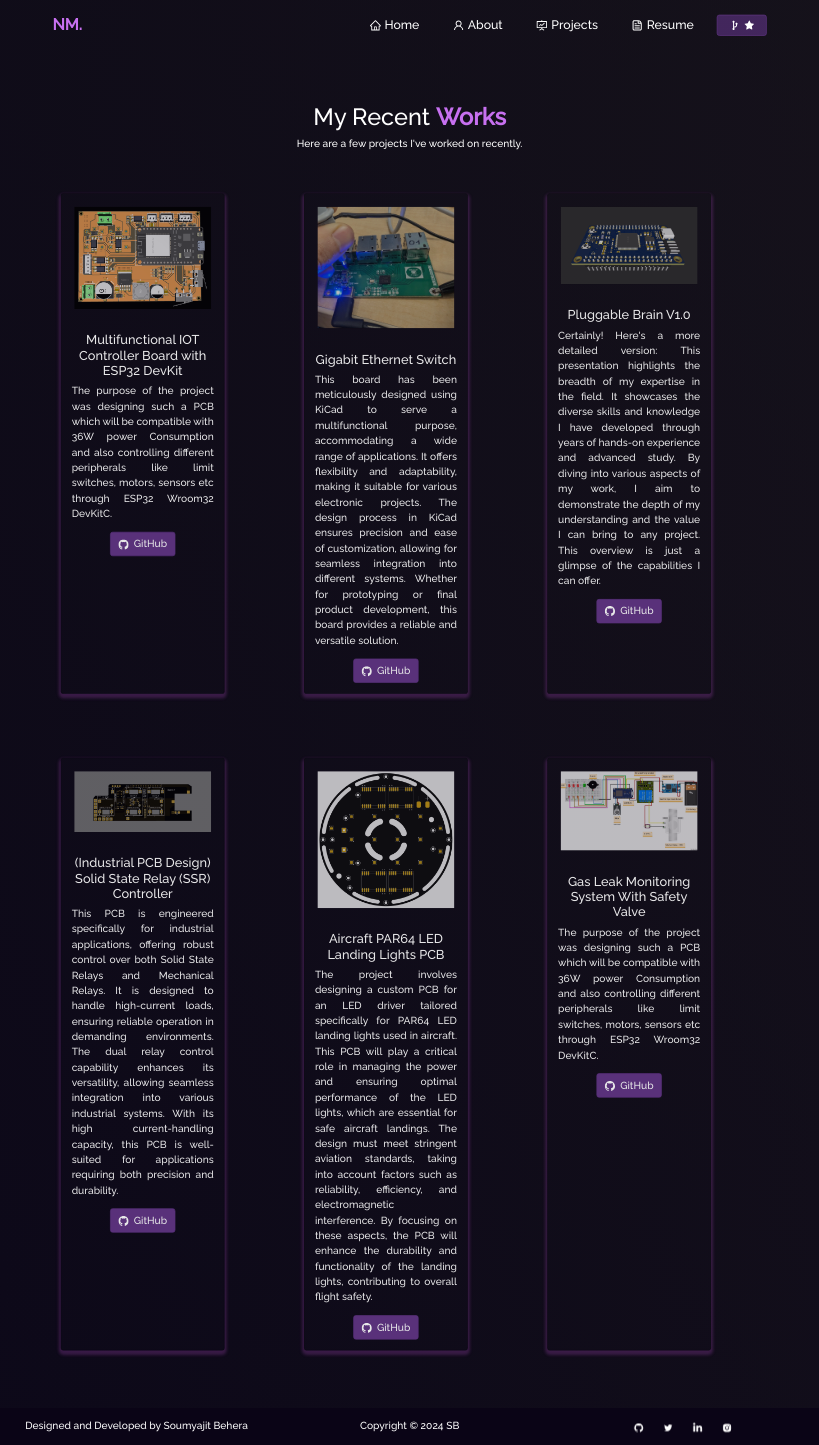
Repository: nenadMarkorvic/personal-website
Page: /project
The author's editor kept a copy of each file at every save. The page is drawn from the files as they stood at one save, then again after the next save.
The browser window is 1280 px wide. The pictures show the whole page, at 64% of full size.
The project was rebuilt for these pictures with package versions that can differ from the ones it lists, and the page was loaded fresh each time. Also part of the build but not shown: src/components/Home/Home2.js, src/components/Home/Type.js, src/components/Home/Home.js, src/components/About/Github.js, src/components/About/AboutCard.js, src/components/About/Toolstack.js, src/components/About/About.js, src/components/Resume/ResumeNew.js. Imported but missing from the stored project, and not drawn on this page: src/Assets/Nenad Markovic_pcb.pdf.

Above is the page before, as saved 2024-08-29 11:55:06.

### src/components/Navbar.js
import React, { useState } from "react";
import Navbar from "react-bootstrap/Navbar";
import Nav from "react-bootstrap/Nav";
import Container from "react-bootstrap/Container";
import Button from "react-bootstrap/Button";
import { Link } from "react-router-dom";
import { CgGitFork } from "react-icons/cg";
import {
  AiFillStar,
  AiOutlineHome,
  AiOutlineFundProjectionScreen,
  AiOutlineUser,
} from "react-icons/ai";

import { CgFileDocument } from "react-icons/cg";

function NavBar() {
  const [expand, updateExpanded] = useState(false);
  const [navColour, updateNavbar] = useState(false);

  function scrollHandler() {
    if (window.scrollY >= 20) {
      updateNavbar(true);
    } else {
      updateNavbar(false);
    }
  }

  window.addEventListener("scroll", scrollHandler);

  return (
    <Navbar
      expanded={expand}
      fixed="top"
      expand="md"
      className={navColour ? "sticky" : "navbar"}
    >
      <Container>
        <Navbar.Brand href="/" className="d-flex">
          <p style={{ paddingTop: "10px", fontWeight: "bold", fontSize: "25px", color: "#c770f0" }}>NM.</p>
        </Navbar.Brand>
        <Navbar.Toggle
          aria-controls="responsive-navbar-nav"
          onClick={() => {
            updateExpanded(expand ? false : "expanded");
          }}
        >
          <span></span>
          <span></span>
          <span></span>
        </Navbar.Toggle>
        <Navbar.Collapse id="responsive-navbar-nav">
          <Nav className="ms-auto" defaultActiveKey="#home">
            <Nav.Item>
              <Nav.Link as={Link} to="/" onClick={() => updateExpanded(false)}>
                <AiOutlineHome style={{ marginBottom: "2px" }} /> Home
              </Nav.Link>
            </Nav.Item>

            <Nav.Item>
              <Nav.Link
                as={Link}
                to="/about"
                onClick={() => updateExpanded(false)}
              >
                <AiOutlineUser style={{ marginBottom: "2px" }} /> About
              </Nav.Link>
            </Nav.Item>

            <Nav.Item>
              <Nav.Link
                as={Link}
                to="/project"
                onClick={() => updateExpanded(false)}
              >
                <AiOutlineFundProjectionScreen
                  style={{ marginBottom: "2px" }}
                />{" "}
                Projects
              </Nav.Link>
            </Nav.Item>

            <Nav.Item>
              <Nav.Link
                as={Link}
                to="/resume"
                onClick={() => updateExpanded(false)}
              >
                <CgFileDocument style={{ marginBottom: "2px" }} /> Resume
              </Nav.Link>
            </Nav.Item>

            <Nav.Item className="fork-btn">
              <Button
                href="https://github.com/nenadMarkorvic"
                target="_blank"
                className="fork-btn-inner"
              >
                <CgGitFork style={{ fontSize: "1.2em" }} />{" "}
                <AiFillStar style={{ fontSize: "1.1em" }} />
              </Button>
            </Nav.Item>
          </Nav>
        </Navbar.Collapse>
      </Container>
    </Navbar>
  );
}

export default NavBar;

### src/components/Projects/Projects.js
import React from "react";
import { Container, Row, Col } from "react-bootstrap";
import ProjectCard from "./ProjectCards";
import Particle from "../Particle";

import project1 from '../../Assets/Projects/1.png';
import project2 from '../../Assets/Projects/2.png';
import project3 from '../../Assets/Projects/3.png';
import project4 from '../../Assets/Projects/4.png';
import project5 from '../../Assets/Projects/5.png';
import project6 from '../../Assets/Projects/6.png';

function Projects() {
  return (
    <Container fluid className="project-section">
      <Particle />
      <Container>
        <h1 className="project-heading">
          My Recent <strong className="purple">Works </strong>
        </h1>
        <p style={{ color: "white" }}>
          Here are a few projects I've worked on recently.
        </p>
        <Row style={{ justifyContent: "center", paddingBottom: "10px" }}>
          <Col md={4} className="project-card">
            <ProjectCard
              imgPath={project1}
              isBlog={false}
              title="Multifunctional IOT Controller Board with ESP32 DevKit"
              description="The purpose of the project was designing such a PCB which will be compatible with 36W power Consumption and also controlling different peripherals like limit switches, motors, sensors etc through ESP32 Wroom32 DevKitC."
              ghLink=""
            />
          </Col>
          <Col md={4} className="project-card">
            <ProjectCard
              imgPath={project2}
              isBlog={false}
              title="Gigabit Ethernet Switch"
              description="This board has been meticulously designed using KiCad to serve a multifunctional purpose, accommodating a wide range of applications. It offers flexibility and adaptability, making it suitable for various electronic projects. The design process in KiCad ensures precision and ease of customization, allowing for seamless integration into different systems. Whether for prototyping or final product development, this board provides a reliable and versatile solution."
              ghLink=""
            />
          </Col><Col md={4} className="project-card">
            <ProjectCard
              imgPath={project3}
              isBlog={false}
              title="Pluggable Brain V1.0"
              description="Certainly! Here's a more detailed version:
This presentation highlights the breadth of my expertise in the field. It showcases the diverse skills and knowledge I have developed through years of hands-on experience and advanced study. By diving into various aspects of my work, I aim to demonstrate the depth of my understanding and the value I can bring to any project. This overview is just a glimpse of the capabilities I can offer."
              ghLink=""
            />
          </Col><Col md={4} className="project-card">
            <ProjectCard
              imgPath={project4}
              isBlog={false}
              title="(Industrial PCB Design) Solid State Relay (SSR) Controller"
              description="
This PCB is engineered specifically for industrial applications, offering robust control over both Solid State Relays and Mechanical Relays. It is designed to handle high-current loads, ensuring reliable operation in demanding environments. The dual relay control capability enhances its versatility, allowing seamless integration into various industrial systems. With its high current-handling capacity, this PCB is well-suited for applications requiring both precision and durability."
              ghLink=""
            />
          </Col><Col md={4} className="project-card">
            <ProjectCard
              imgPath={project5}
              isBlog={false}
              title="Aircraft PAR64 LED Landing Lights PCB"
              description="The project involves designing a custom PCB for an LED driver tailored specifically for PAR64 LED landing lights used in aircraft. This PCB will play a critical role in managing the power and ensuring optimal performance of the LED lights, which are essential for safe aircraft landings. The design must meet stringent aviation standards, taking into account factors such as reliability, efficiency, and electromagnetic interference. By focusing on these aspects, the PCB will enhance the durability and functionality of the landing lights, contributing to overall flight safety."
              ghLink=""
            />
          </Col><Col md={4} className="project-card">
            <ProjectCard
              imgPath={project6}
              isBlog={false}
              title="Gas Leak Monitoring System With Safety Valve"
              description="The purpose of the project was designing such a PCB which will be compatible with 36W power Consumption and also controlling different peripherals like limit switches, motors, sensors etc through ESP32 Wroom32 DevKitC."
              ghLink=""
            />
          </Col>

        </Row>
      </Container>
    </Container>
  );
}

export default Projects;

### src/components/Footer.js
import React from "react";
import { Container, Row, Col } from "react-bootstrap";
import {
  AiFillGithub,
  AiOutlineTwitter,
  AiFillInstagram,
} from "react-icons/ai";
import { FaLinkedinIn } from "react-icons/fa";

function Footer() {
  let date = new Date();
  let year = date.getFullYear();
  return (
    <Container fluid className="footer">
      <Row>
        <Col md="4" className="footer-copywright">
          <h3>Designed and Developed by Soumyajit Behera</h3>
        </Col>
        <Col md="4" className="footer-copywright">
          <h3>Copyright © {year} SB</h3>
        </Col>
        <Col md="4" className="footer-body">
          <ul className="footer-icons">
            <li className="social-icons">
              <a
                href="https://github.com/soumyajit4419"
                style={{ color: "white" }}
                target="_blank"
                rel="noopener noreferrer"
              >
                <AiFillGithub />
              </a>
            </li>
            <li className="social-icons">
              <a
                href="https://twitter.com/Soumyajit4419"
                style={{ color: "white" }}
                target="_blank"
                rel="noopener noreferrer"
              >
                <AiOutlineTwitter />
              </a>
            </li>
            <li className="social-icons">
              <a
                href="https://www.linkedin.com/in/soumyajit4419/"
                style={{ color: "white" }}
                target="_blank"
                rel="noopener noreferrer"
              >
                <FaLinkedinIn />
              </a>
            </li>
            <li className="social-icons">
              <a
                href="https://www.instagram.com/soumyajit4419"
                style={{ color: "white" }}
                target="_blank"
                rel="noopener noreferrer"
              >
                <AiFillInstagram />
              </a>
            </li>
          </ul>
        </Col>
      </Row>
    </Container>
  );
}

export default Footer;

### src/components/Particle.js
import React from "react";
import Particles from "react-tsparticles";

function Particle() {
  return (
    <Particles
      id="tsparticles"
      params={{
        particles: {
          number: {
            value: 160,
            density: {
              enable: true,
              value_area: 1500,
            },
          },
          line_linked: {
            enable: false,
            opacity: 0.03,
          },
          move: {
            direction: "right",
            speed: 0.05,
          },
          size: {
            value: 1,
          },
          opacity: {
            anim: {
              enable: true,
              speed: 1,
              opacity_min: 0.05,
            },
          },
        },
        interactivity: {
          events: {
            onclick: {
              enable: true,
              mode: "push",
            },
          },
          modes: {
            push: {
              particles_nb: 1,
            },
          },
        },
        retina_detect: true,
      }}
    />
  );
}

export default Particle;

### src/components/Projects/ProjectCards.js
import React from "react";
import Card from "react-bootstrap/Card";
import Button from "react-bootstrap/Button";
import { CgWebsite } from "react-icons/cg";
import { BsGithub } from "react-icons/bs";

function ProjectCards(props) {
  return (
    <Card className="project-card-view" style={{ width: '20vw' }}>
      <Card.Img variant="top" src={props.imgPath} alt="card-img" />
      <Card.Body>
        <Card.Title>{props.title}</Card.Title>
        <Card.Text style={{ textAlign: "justify" }}>
          {props.description}
        </Card.Text>
        <Button variant="primary" href={props.ghLink} target="_blank">
          <BsGithub /> &nbsp;
          {props.isBlog ? "Blog" : "GitHub"}
        </Button>
        {"\n"}
        {"\n"}
      </Card.Body>
    </Card>
  );
}
export default ProjectCards;

Loaded but not shown: public/index.html (common file); src/index.js (common file); src/index.css (common file); src/App.js (common file); src/reportWebVitals.js (common file); src/components/Pre.js (common file); src/components/ScrollToTop.js (common file); src/style.css (common file); src/App.css (common file)

After the next save:
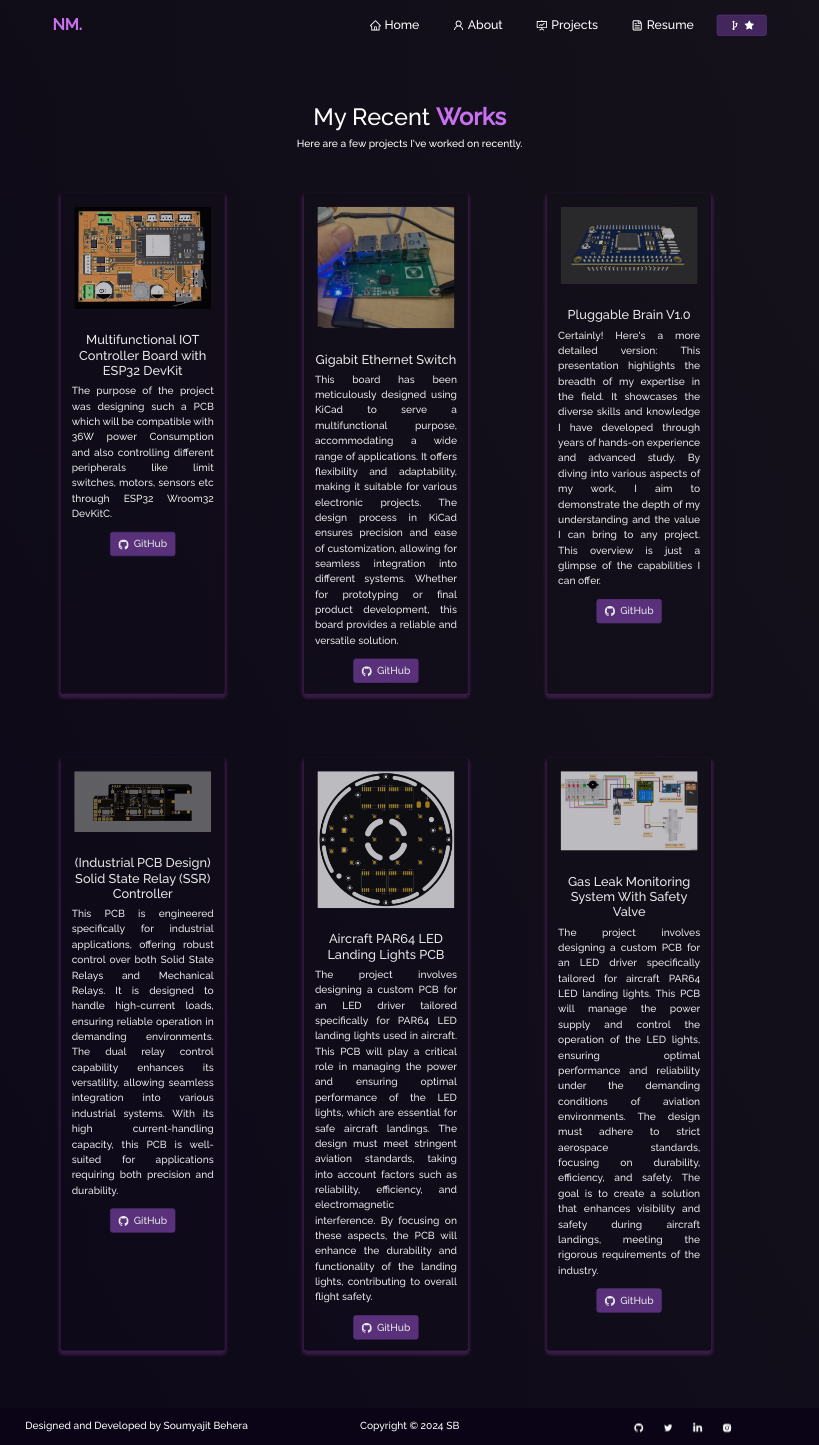
Saved 79 s later.
--- a/src/components/Projects/Projects.js
+++ b/src/components/Projects/Projects.js
@@ -70,7 +70,7 @@ This PCB is engineered specifically for industrial applications, offering robust
               imgPath={project6}
               isBlog={false}
               title="Gas Leak Monitoring System With Safety Valve"
-              description="The purpose of the project was designing such a PCB which will be compatible with 36W power Consumption and also controlling different peripherals like limit switches, motors, sensors etc through ESP32 Wroom32 DevKitC."
+              description="The project involves designing a custom PCB for an LED driver specifically tailored for aircraft PAR64 LED landing lights. This PCB will manage the power supply and control the operation of the LED lights, ensuring optimal performance and reliability under the demanding conditions of aviation environments. The design must adhere to strict aerospace standards, focusing on durability, efficiency, and safety. The goal is to create a solution that enhances visibility and safety during aircraft landings, meeting the rigorous requirements of the industry."
               ghLink=""
             />
           </Col>
